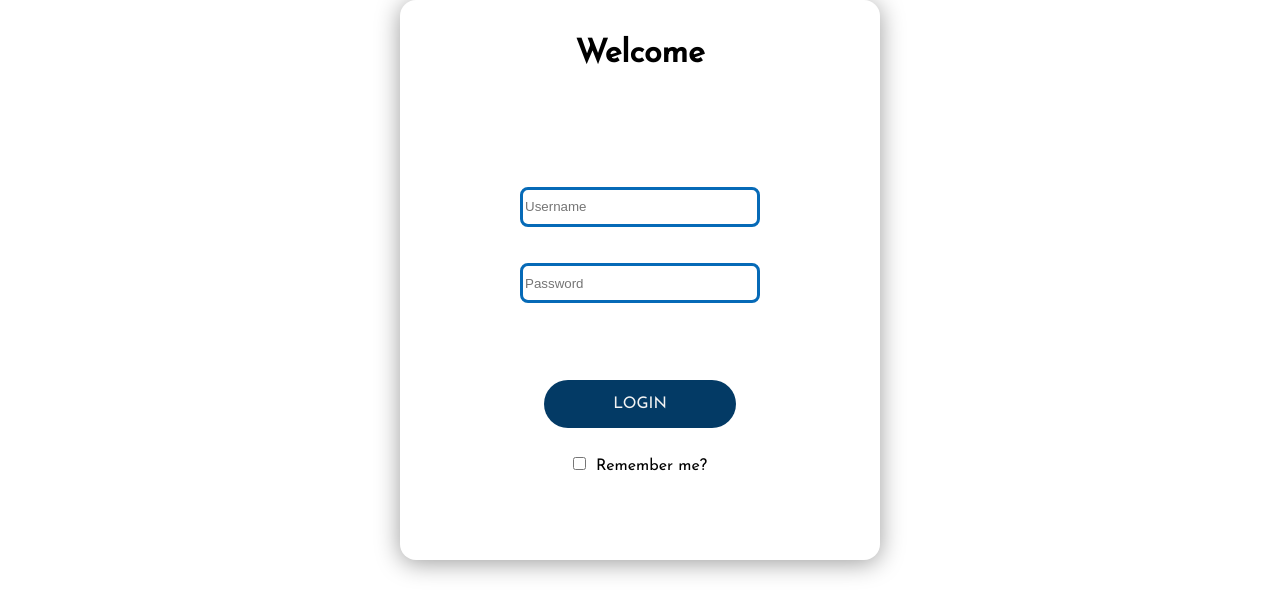
Repository: Tahaa2t/Researchers
Page: /
An editor plug-in stored every save of this project. The page is shown before and after the next save, followed by the edit.
The browser window is 1280 px wide. The pictures show the whole page.
The project was rebuilt for these pictures with package versions that can differ from the ones it lists, and the page was loaded fresh each time.

Above is the page before, as saved 2023-06-22 00:48:00.

### src/App.js
import "./App.css"
import LoginForm from "./Components/loginform"


function App() {
  return (
    <div className="App">
      <LoginForm />
    </div>
  );
}

export default App;

### src/Components/loginform.js
import React from "react"
import "./css/loginstyle.css"

const LoginForm = () => {
  return(
    <div className="page">
      <div className="cover">
        <h1>Welcome</h1>
        <input type="text" placeholder="Username"></input>
        <input type="password" placeholder="Password"></input>
        <div className="login-btn">LOGIN</div>
        <div className="check-btn">
          <input type="checkbox"></input>
          <p>Remember me?</p>
        </div>
      </div>
    </div>
  )
}

export default LoginForm

### src/Components/css/loginstyle.css
@import url('https://fonts.googleapis.com/css?family=Josefin+Sans');


/* notes

---centering something---
display: flex;
  justify-content: center;
  align-items: center;

*/


* {
  margin: 0;
  box-sizing: border-box;
}

.page {
  background-color: rgb(250, 176, 227)
  height: 100vh;
  width: 100%;
  display: flex;
  justify-content: center;
  align-items: center;
  font-family: 'Josefin Sans', cursive;
}

.cover {
  background-color: white;
  width: 30em;
  height: 35em;
  position: relative;
  border-radius: 1em;
  box-shadow: 0 0.188em 1.5em rgb(156, 156, 156);
  display: flex;
  flex-direction: column;
  align-items: center;
justify-content: space-around;

}

input[type=text]{
  border-color: rgb(6, 106, 183);
  border-radius: 8px 8px 8px 8px;
  border-width: 0.25em;
  border-style: solid;
  /* outline-color: rgb(6, 106, 183); */
  height: 3em;
  width: 50%;
  position: relative;
  bottom: -3em;
}


input[type=password]{
  border-color: rgb(6, 106, 183);
  border-radius: 8px 8px 8px 8px;
  border-width: 0.25em;
  border-style: solid;
  /* outline-color: rgb(6, 106, 183); */
  height: 3em;
  width: 50%;
}

.login-btn {
  width: 40%;
  height: 3em;
  background-color: rgb(3, 58, 101);
  color: rgb(243, 243, 243);
  display: flex;
  justify-content: center;
  align-items: center;
  transition: 0.5s;
  border: rgb(3, 58, 101);
  border-radius: 50px 50px 50px 50px;
  cursor: pointer;
}
.login-btn:hover {
  transform: scale(1.15);
}

.check-btn {
  position: relative;
  bottom: 3em;
}

.check-btn input {
  display:inline-block;
  margin-right:10px;
}
.check-btn p {
  display:inline-block;
}

Loaded but not shown: public/index.html (common file); src/index.js (common file); src/index.css (common file); src/reportWebVitals.js (common file); src/App.css (common file)

After the next save:
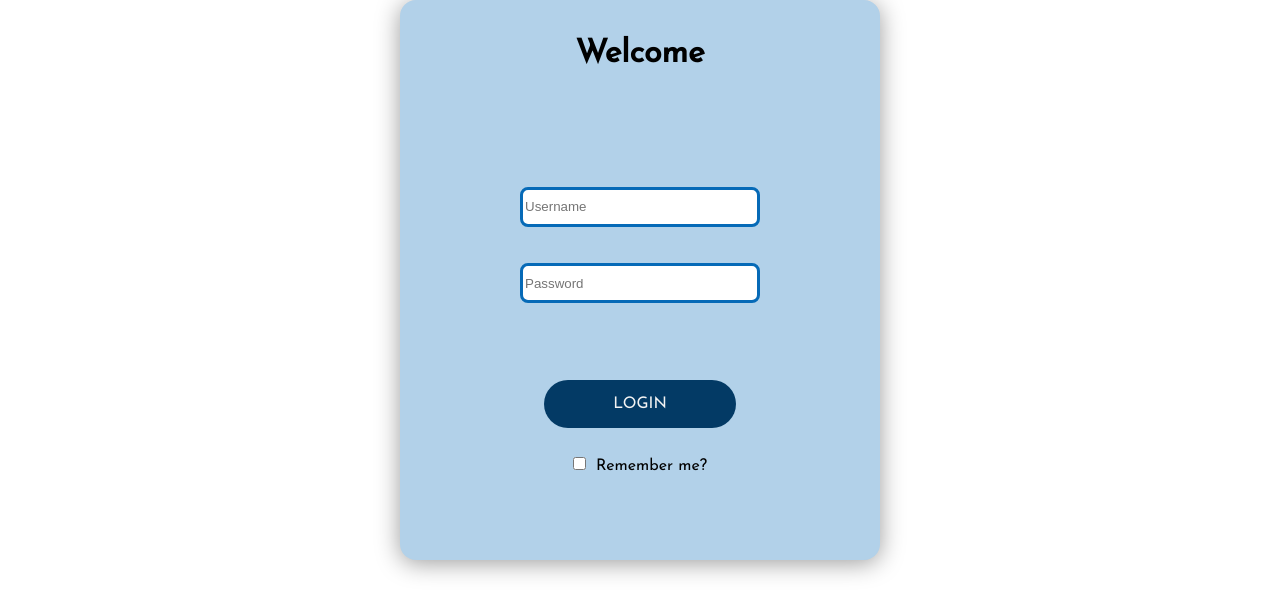
Saved 61 s later.
--- a/src/Components/css/loginstyle.css
+++ b/src/Components/css/loginstyle.css
@@ -27,7 +27,7 @@ display: flex;
 }
 
 .cover {
-  background-color: white;
+  background-color: rgb(178, 209, 233);
   width: 30em;
   height: 35em;
   position: relative;
